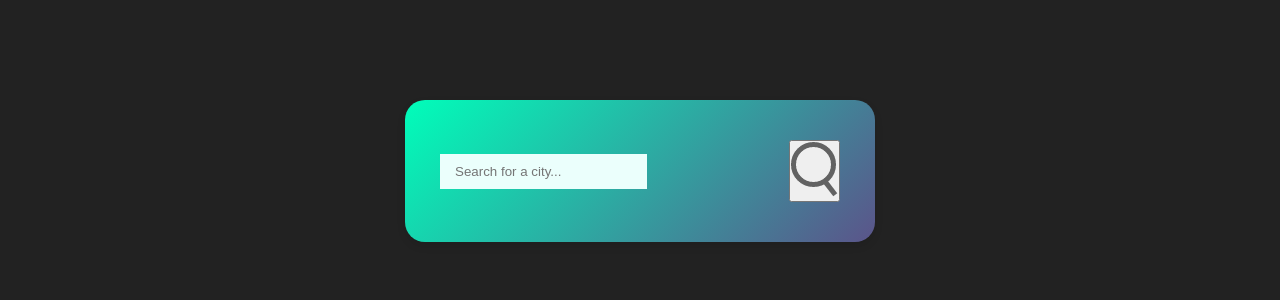
Repository: Abdelilah-Lakrim/Weather-App
Page: index.html
These files come from the project's save history. The page is drawn as it stood at one moment and after a run of saves; the edit follows.
The browser window is 1280 px wide. The pictures show the whole page.

Above is the page before, as saved 2025-06-17 11:05:38.

### index.html
<!DOCTYPE html>
<html>
<head>
    <meta charset="UTF-8" />
    <title>Weather App</title>
    <link rel="stylesheet" href="style.css" >
</head>
<body>

    <div class="card">
        <div class="search">
            <input type="text" placeholder="Search for a city..." spellcheck="false" />
            <button><img src="images/search.png"></button>
        </div>
    </div>

</body>
</html>

### style.css
*{
    margin: 0;
    padding: 0;
    font-family: 'Poppins', sans-serif;
    box-sizing: border-box;
}
body{
    background-color: #222;
    color: #333;
}
.card{
    width: 90%;
    max-width: 470px;
    background: linear-gradient(135deg, #00feba, #5b548a);
    color: #fff;
    margin: 100px auto  0;
    padding: 40px 35px;
    border-radius: 20px;
    box-shadow: 0 4px 8px rgba(0, 0, 0, 0.1);
    overflow: hidden;
    position: relative;
    text-align: center;
}
.search{
    width: 100%;
    display: flex;
    align-items: center;
    justify-content: space-between;
}

.search input{
    border: 0;
    outline: 0;
    background: #ebfffc;
    color: #333;
    padding: 10px 15px;

After the next 2 saves:
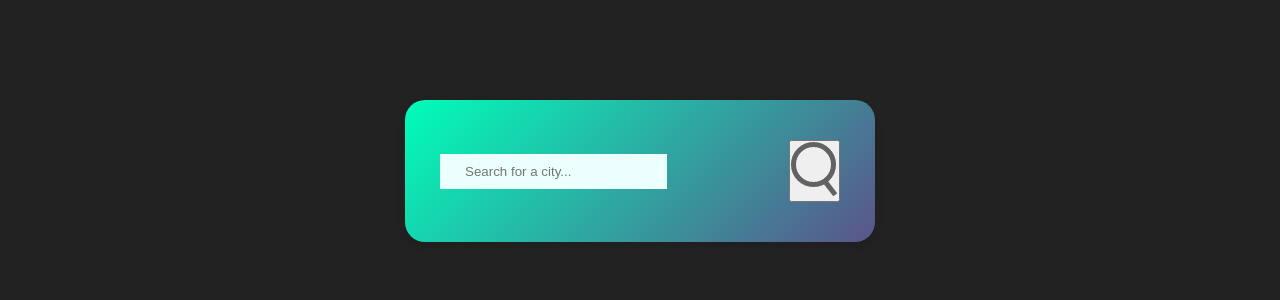
The 2 saves are shown as one change because they came seconds apart.
The last was saved 6 s later.
--- a/style.css
+++ b/style.css
@@ -33,4 +33,4 @@ body{
     outline: 0;
     background: #ebfffc;
     color: #333;
-    padding: 10px 15px;
+    padding: 10px 25px;
